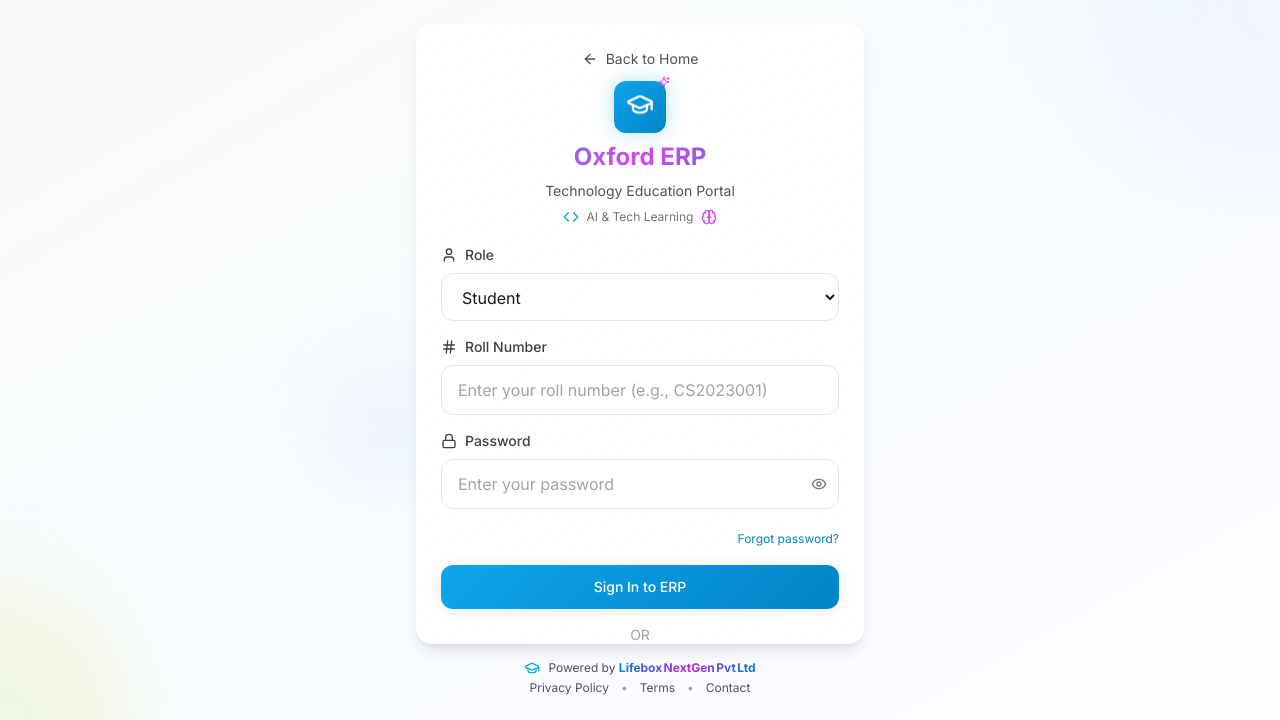
Repository: teamoflifebox/oxford-college
Page: /login
An editor plug-in stored every save of this project. The page is shown before and after the next save, followed by the edit.
The browser window is 1280 px wide. The pictures show the whole page.
An inner scrolling area shows only its first screen. The project was rebuilt for these pictures with package versions that can differ from the ones it lists, and the page was loaded fresh each time. Also part of the build but not shown: vite.config.ts, src/pages/Announcements.tsx, src/pages/LandingPage.tsx, src/components/Layout/Navbar.tsx, src/components/Layout/Sidebar.tsx, src/components/Layout/Layout.tsx, src/components/Dashboard/DashboardCard.tsx, src/components/Dashboard/AttendanceChart.tsx and 16 more.

Above is the page before, as saved 2025-06-29 11:00:49.

After the next save:
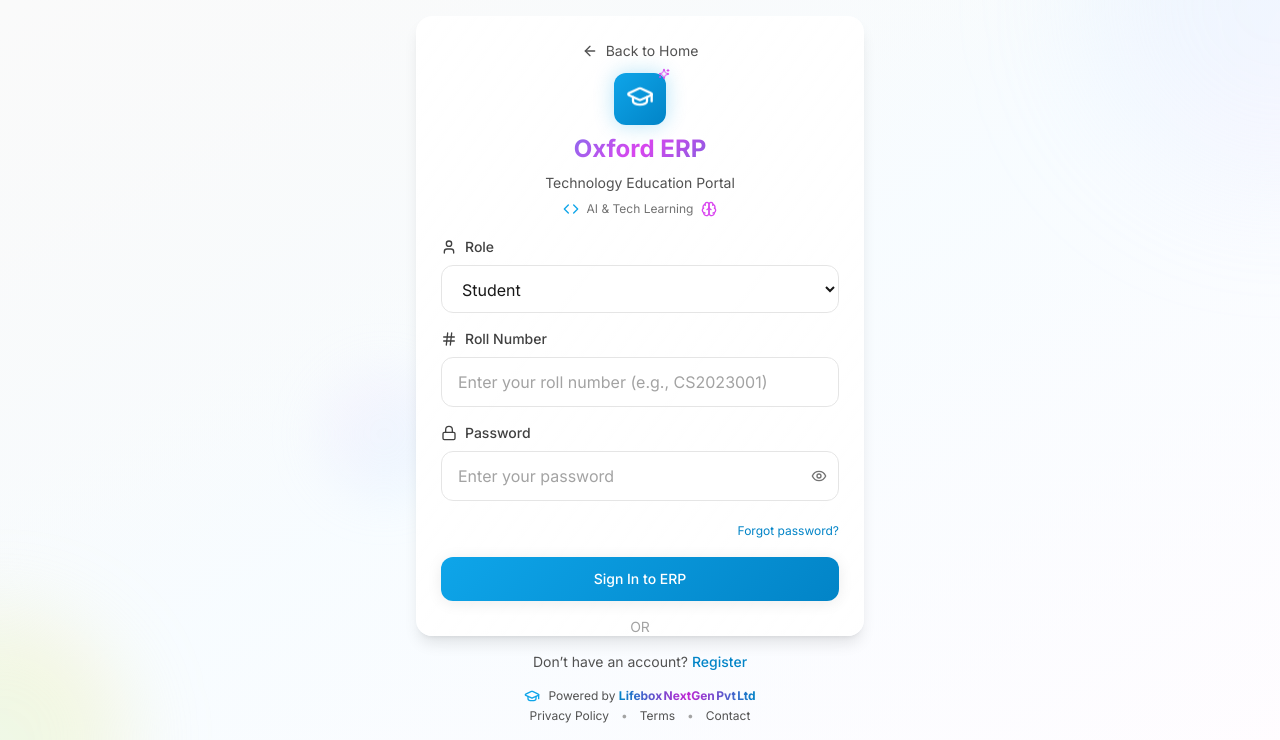
Saved 2 min 41 s later.
--- a/src/pages/LoginPage.tsx
+++ b/src/pages/LoginPage.tsx
@@ -492,6 +492,17 @@
             </form>
           </div>
         </motion.div>
+        <div className="text-center text-sm text-neutral-600 mt-4">
+  Don’t have an account?{' '}
+  <button
+    type="button"
+    onClick={() => navigate('/register')}
+    className="text-primary-600 hover:underline font-medium"
+  >
+    Register
+  </button>
+</div>
+
 
         <footer className="mt-4 text-center text-xs text-neutral-600">
           <div className="flex items-center justify-center gap-2 mb-1">
